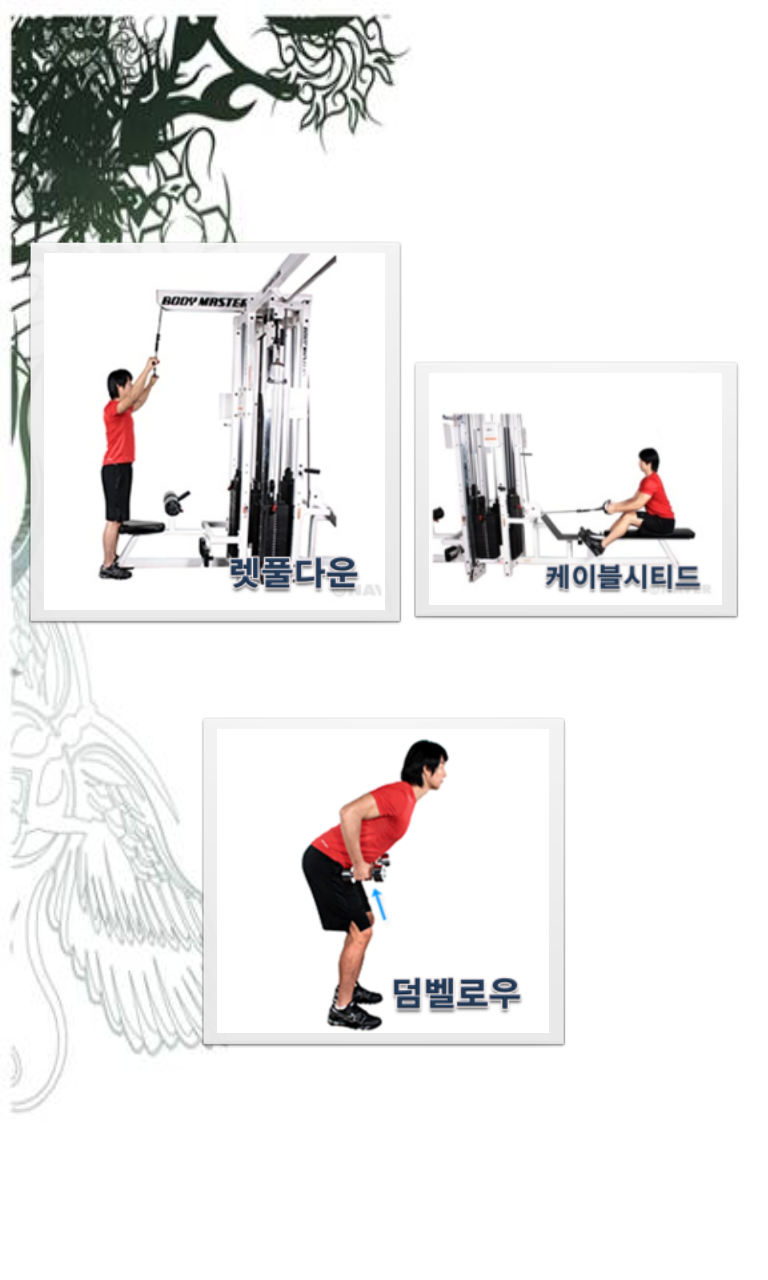
Repository: LewisLim579/2013TeamProject
Layout: PtsApp/res/layout/sa1.xml
These files come from the project's save history. The layout is drawn as it stood at one moment and after the next save; the edit follows.
It is drawn on a 768 x 1280 px phone screen (xhdpi) without system bars, with theme android:Theme.NoTitleBar.Fullscreen; the app's code is not run.

Above is the layout before, as saved 2013-05-27 16:59:18.

### PtsApp/res/layout/sa1.xml
<LinearLayout xmlns:android="http://schemas.android.com/apk/res/android"
    android:layout_width="fill_parent"
    android:layout_height="fill_parent"
    android:background="@drawable/back"
    android:orientation="vertical" >

    <LinearLayout
        android:layout_width="wrap_content"
        android:layout_height="238dp"
        android:layout_marginTop="120dp"
        android:layout_gravity="center" >

        <ImageButton
            android:id="@+id/imageButton1"
            android:layout_width="wrap_content"
            android:layout_height="wrap_content"
            android:src="@drawable/d1" />

        <ImageButton
            android:id="@+id/imageButton2"
            android:layout_width="wrap_content"
            android:layout_height="wrap_content"
            android:src="@drawable/d2"
            android:layout_marginTop="60dp"  />
    </LinearLayout>

    <LinearLayout
        android:layout_width="wrap_content"
        android:layout_height="258dp"
        android:layout_gravity="center" >

        <ImageButton
            android:id="@+id/imageButton3"
            android:layout_width="wrap_content"
            android:layout_height="wrap_content"
            android:src="@drawable/d3" />


    </LinearLayout>

</LinearLayout>

After the next save:
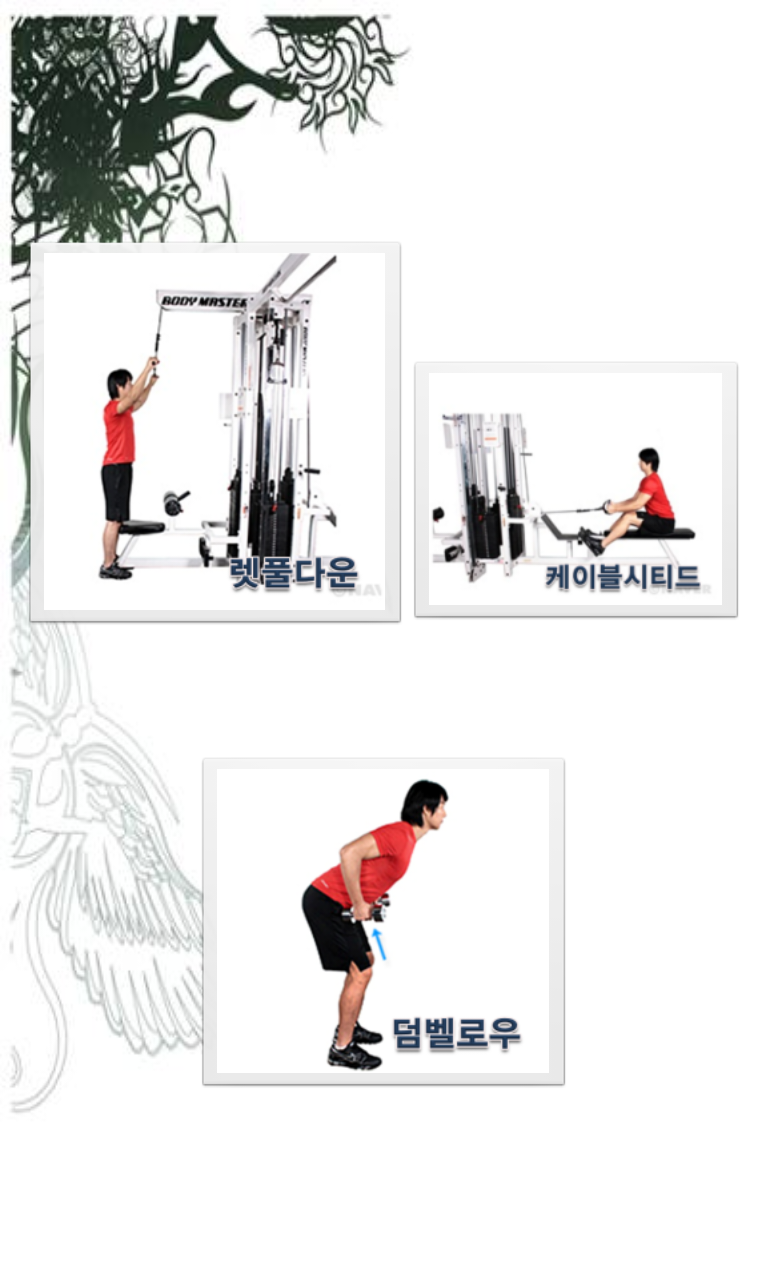
Saved 2 min 15 s later.
--- a/PtsApp/res/layout/sa1.xml
+++ b/PtsApp/res/layout/sa1.xml
@@ -27,7 +27,8 @@
     <LinearLayout
         android:layout_width="wrap_content"
         android:layout_height="258dp"
-        android:layout_gravity="center" >
+        android:layout_gravity="center"
+        android:layout_marginTop="20dp" >
 
         <ImageButton
             android:id="@+id/imageButton3"
